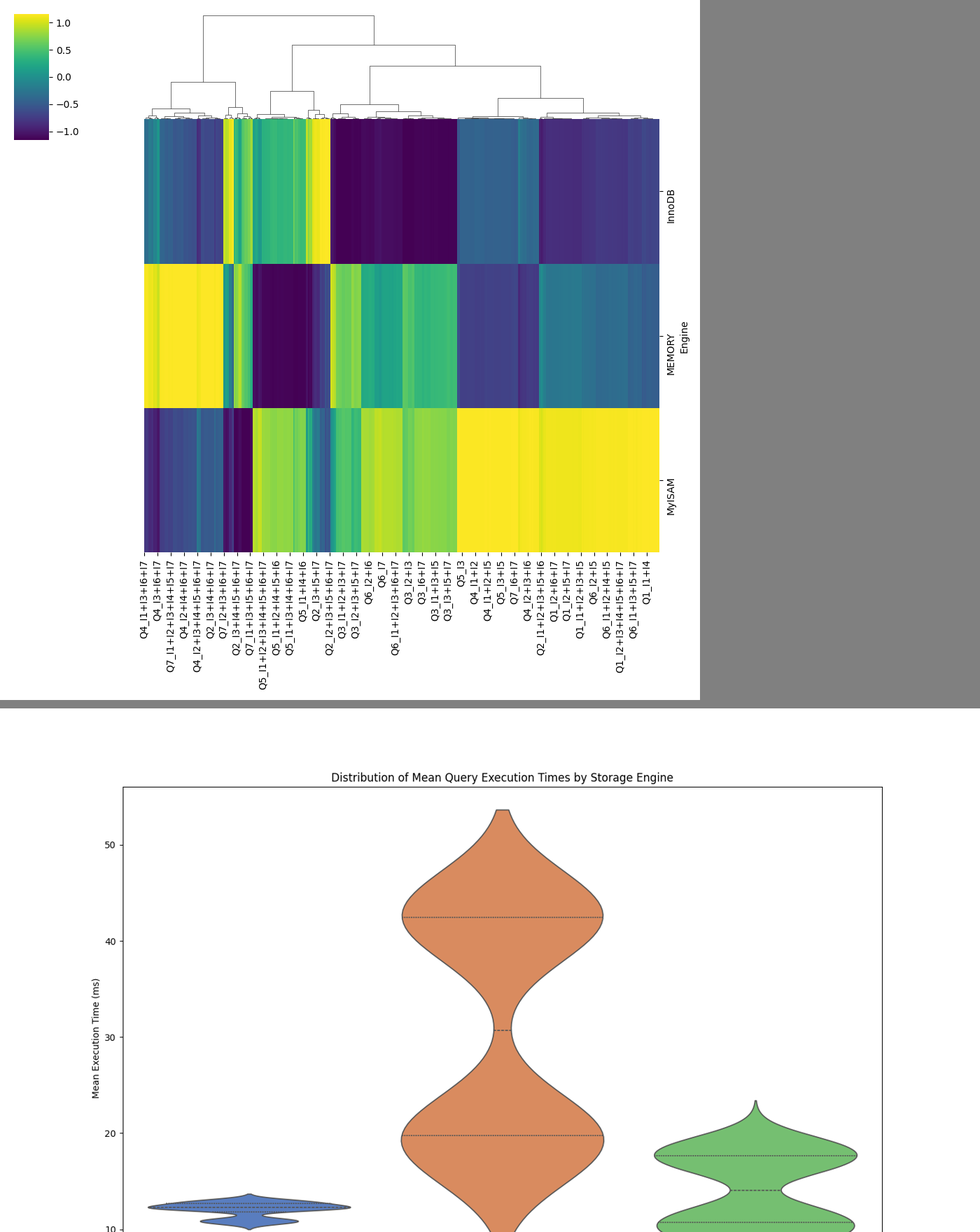
Repository: MarioPasc/Base-de-Datos-Microbiomas
Script's output: python src/mysql_performance_analysis.py
An editor plug-in stored every save of this project. The script's output is shown before and after the next save, followed by the edit.
The pictures show rows 0 to 1760 of an output 5926 px tall, at 70% of full size.
Each picture stacks the figures in order, with grey between them; figures that are only written to a file come last. Figures wider than 1,400 px are first shrunk to that width. Random numbers start from a fixed seed.

Above is the script's output before, as saved 2024-06-05 07:58:56.

After the next save:
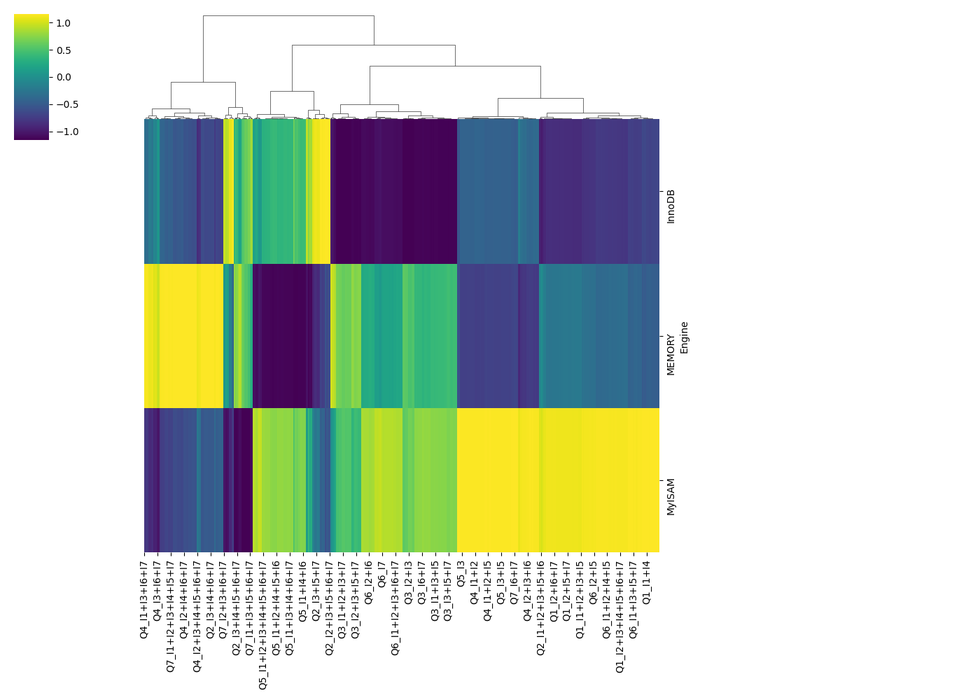
Error: AttributeError: 'CSVVisualizer' object has no attribute 'plot_violin_plot'
Saved 92 s later.
--- a/src/mysql_performance_analysis.py
+++ b/src/mysql_performance_analysis.py
@@ -41,17 +41,17 @@ class CSVVisualizer:
         plt.savefig(f"{self.figure_path}clustered_heatmap.png")
         plt.close()
 
-    def plot_violin_plot(self) -> None:
-        """Generates and saves a violin plot for query execution times by engine."""
+    def plot_boxplot(self) -> None:
+        """Generates and saves a boxplot for query execution times by engine."""
         # Compute the mean execution time across all queries for each index and engine
         self.data['MeanQueryTime'] = self.data[['Q1', 'Q2', 'Q3', 'Q4', 'Q5', 'Q6', 'Q7']].mean(axis=1)
 
         plt.figure(figsize=(15, 10))
-        sns.violinplot(x='Engine', y='MeanQueryTime', data=self.data, inner="quart", palette="muted")
+        sns.boxplot(x='Engine', y='MeanQueryTime', data=self.data, palette="muted")
         plt.ylabel("Mean Execution Time (ms)")
         plt.xlabel("Storage Engine")
         plt.title("Distribution of Mean Query Execution Times by Storage Engine")
-        plt.savefig(f"{self.figure_path}violin_plot.png")
+        plt.savefig(f"{self.figure_path}boxplot.png")
         plt.close()
 
     def plot_clustered_heatmap_by_engine(self) -> None:

After the save that followed:
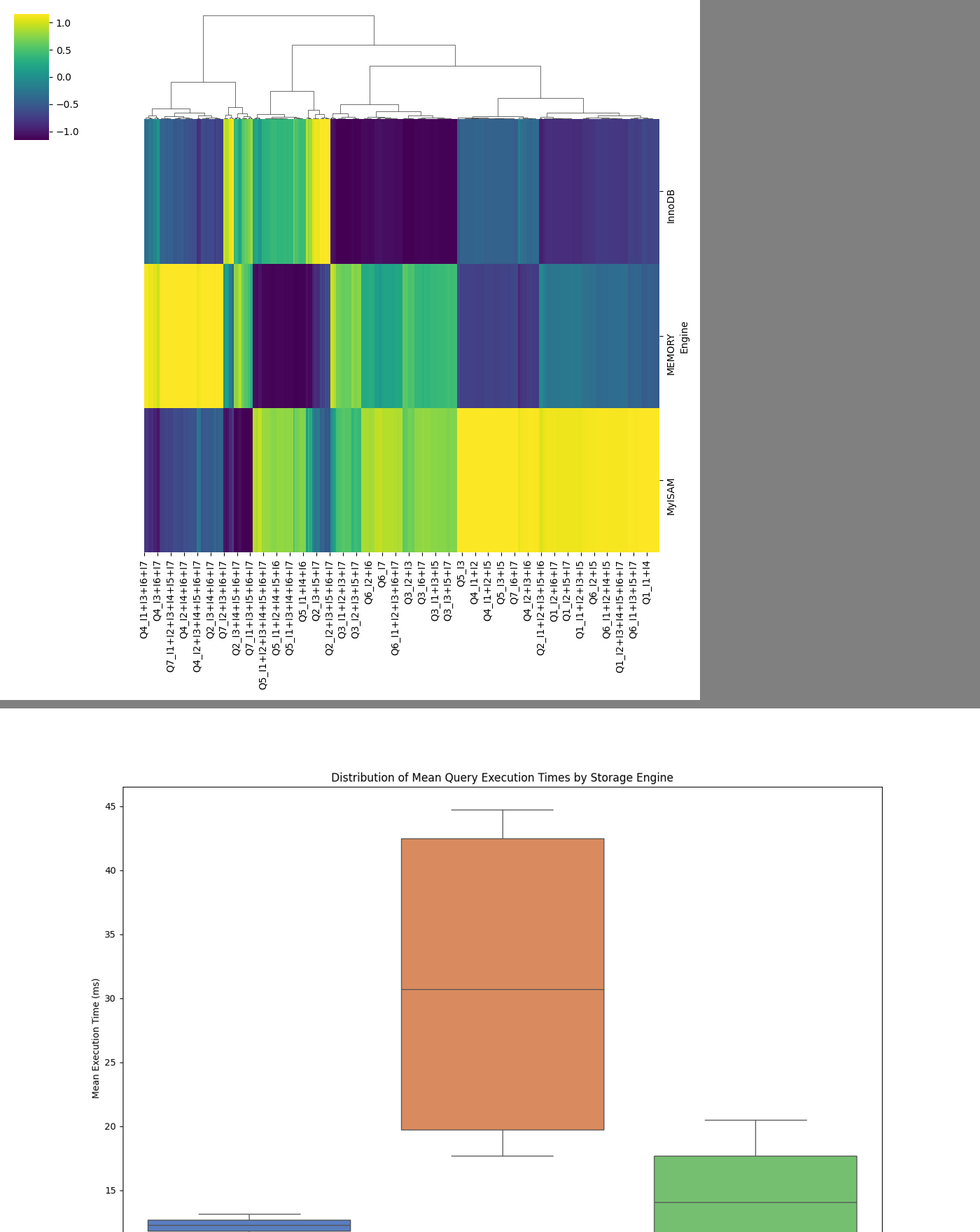
The error is gone.
Saved 9 s later.
--- a/src/mysql_performance_analysis.py
+++ b/src/mysql_performance_analysis.py
@@ -103,7 +103,7 @@ if __name__ == "__main__":
 
     visualizer = CSVVisualizer(csv_path, figure_path)
     visualizer.plot_clustered_heatmap()
-    visualizer.plot_violin_plot()
+    visualizer.plot_boxplot()
     visualizer.plot_clustered_heatmap_by_engine()
     visualizer.plot_innodb_optimal_indices_heatmap()
     print(f"Visualizations saved to {figure_path}")
